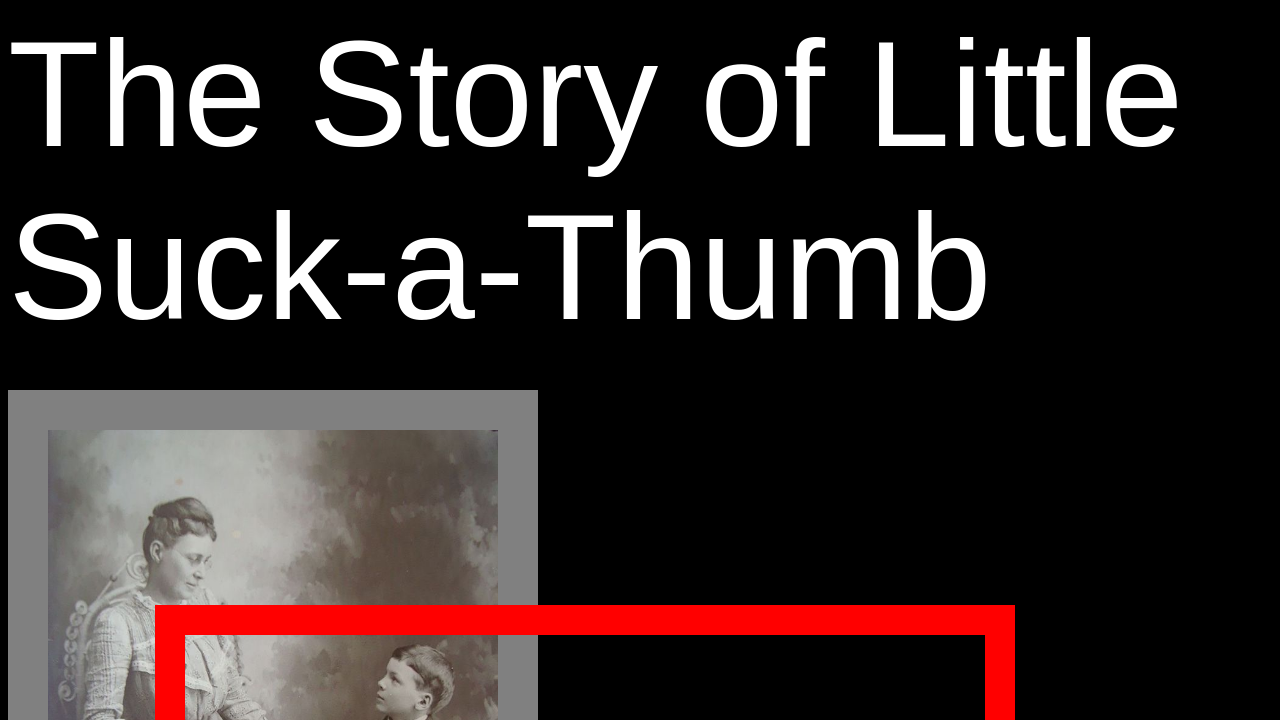
Repository: ConnyPinto/connypinto.github.io
Page: classwork/composition2.html
The author's editor kept a record of every edit. The page is drawn from the files as they stood at one moment, then again after the next edit.
The browser window is 1280 px wide. The pictures show the whole page.

Above is the page before.

After the next edit:
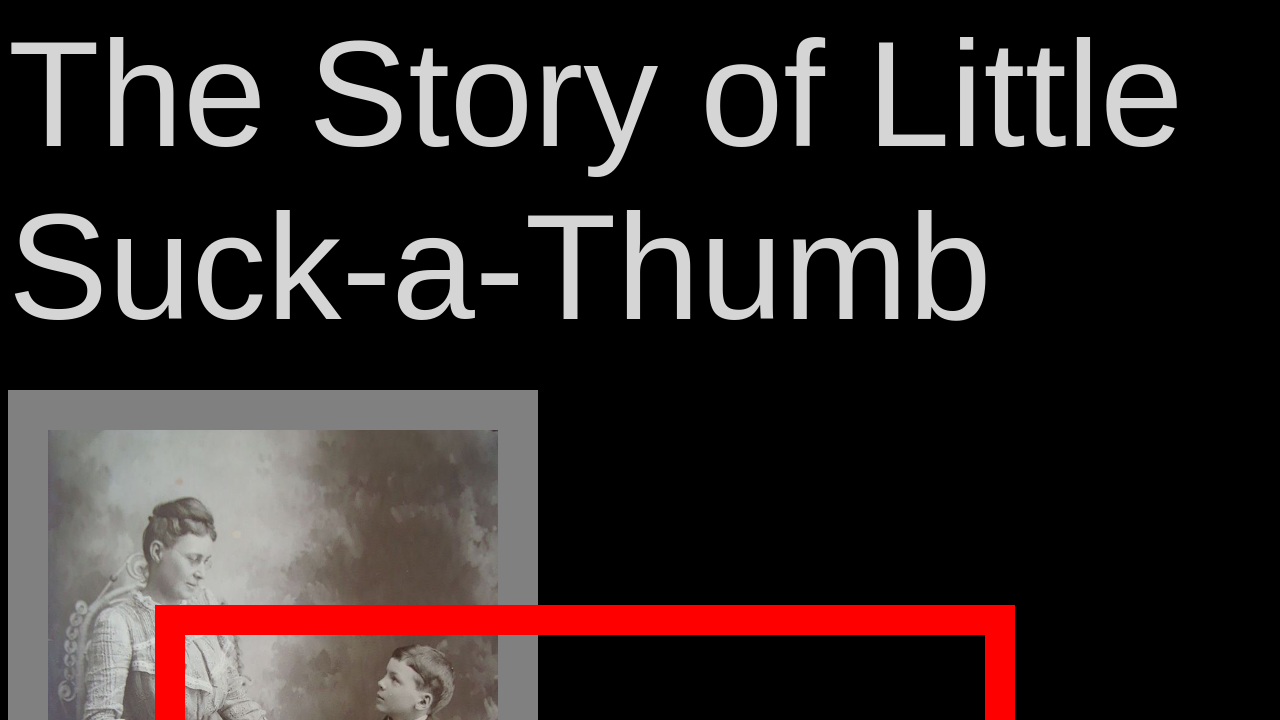
The edit:
--- a/classwork/css/composition2.css
+++ b/classwork/css/composition2.css
@@ -1,6 +1,6 @@
 body{
     background-color:black;
-    color:white;
+    color:#d5d5d5;
 }
 
 .one{
